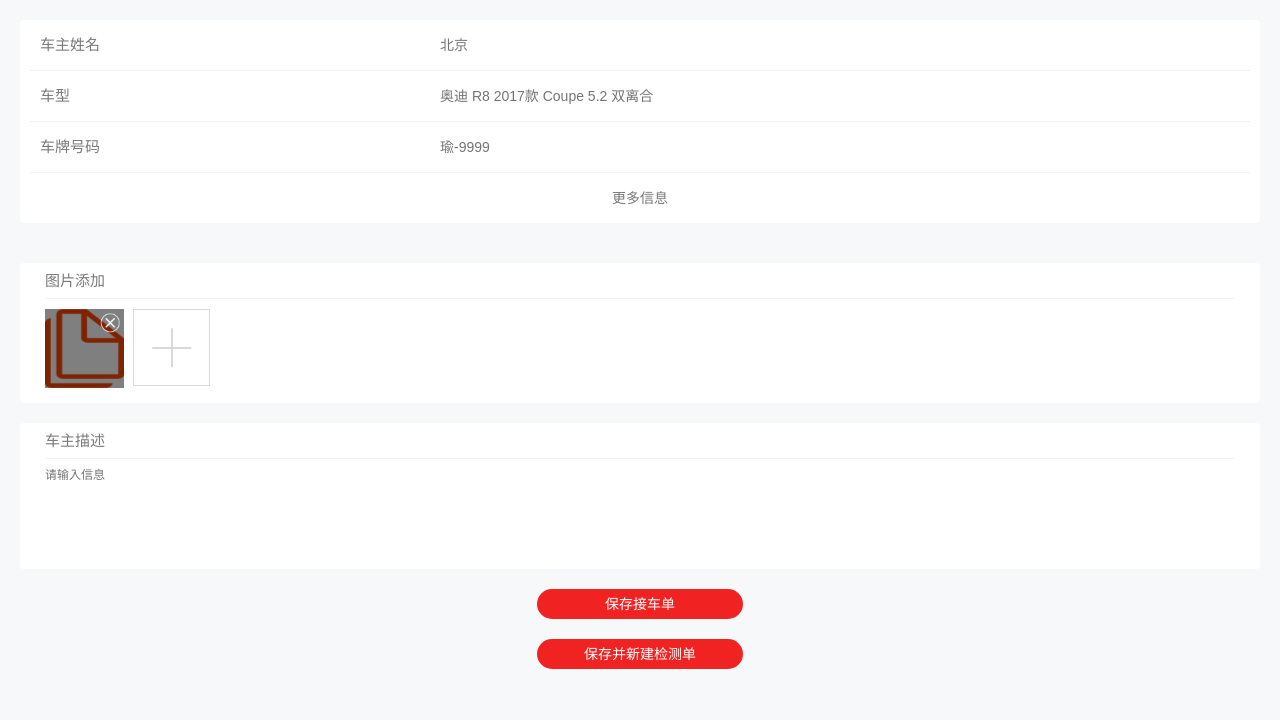
Repository: family-car/car
Page: vehicleEntry.html
An editor plug-in stored every save of this project. The page is shown before and after the next save, followed by the edit.
The browser window is 1280 px wide. The pictures show the whole page.

Above is the page before, as saved 2020-05-12 00:28:07.

After the next save:
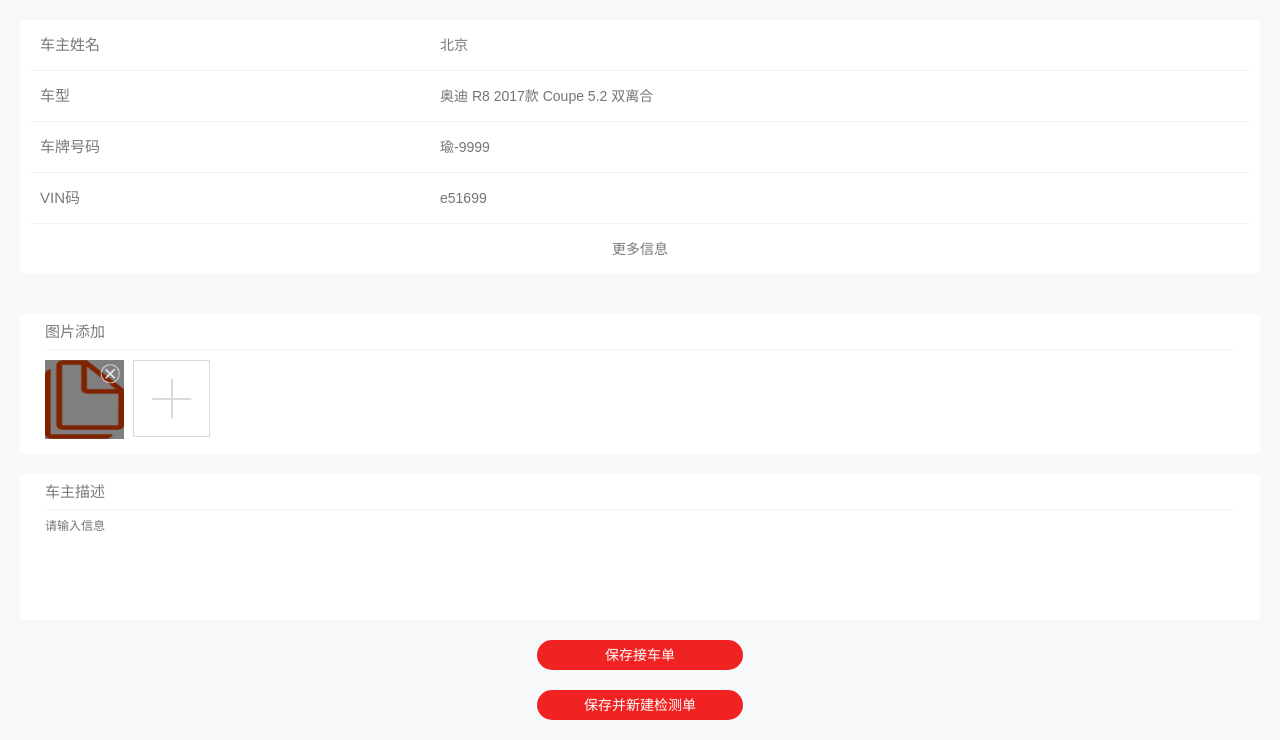
Saved 17 s later.
--- a/src/js/entry/vehicleEntry.js
+++ b/src/js/entry/vehicleEntry.js
@@ -5,13 +5,13 @@ $(function () {
         },
         folder:function(){
             let isOff = true
-            $('.userInfo_form .form_cell:gt(2)').addClass("hide");
+            $('.userInfo_form .form_cell:gt(3)').addClass("hide");
             $(".more").on("click",function(){
                 if(isOff){
-                    $('.userInfo_form .form_cell:gt(2)').removeClass("hide");
+                    $('.userInfo_form .form_cell:gt(3)').removeClass("hide");
                     isOff = false
                 }else{
-                    $('.userInfo_form .form_cell:gt(2)').addClass("hide");
+                    $('.userInfo_form .form_cell:gt(3)').addClass("hide");
                     isOff = true
                 }
 
